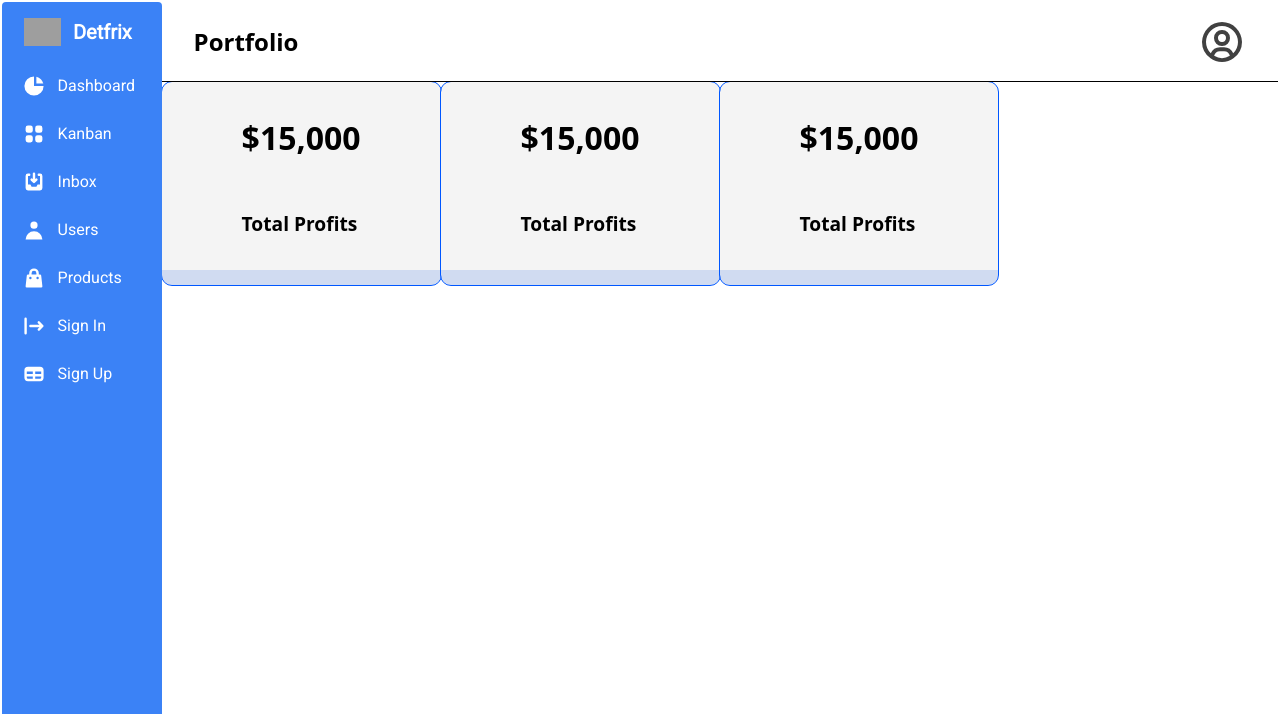
Repository: Elishaokon13/detfrix
Page: /dashboard
These files come from the project's save history. The page is drawn as it stood at one moment and after the next save; the edit follows.
The browser window is 1280 px wide. The pictures show the whole page.
Pictures or frames that could not be fetched are drawn as grey boxes. The project was rebuilt for these pictures with package versions that can differ from the ones it lists, and the page was loaded fresh each time. Also part of the build but not shown: src/pages/SignIn.jsx, src/components/HomeHero.jsx, src/components/Navbar.jsx, src/components/Banner.jsx, src/components/Features.jsx, src/components/Footer.jsx, src/components/Plan.jsx, src/components/Testimonals.jsx and 4 more.

Above is the page before, as saved 2022-10-03 23:26:02.

### src/index.js
import React from "react";
import ReactDOM from "react-dom/client";
import "./index.css";
import "./alpha.css";
import App from "./App";

const root = ReactDOM.createRoot(document.getElementById("root"));
root.render(
   <React.StrictMode>
      <App />
   </React.StrictMode>
);

### src/index.css
@import url('https://fonts.googleapis.com/css2?family=Roboto&display=swap');

@tailwind base;
@tailwind components;
@tailwind utilities;

@layer utilities{
    @font-face {
        font-family: 'grotesk';
        src: url('/public/SpaceGrotesk.ttf');
    }
}

### src/alpha.css
:root {
  --color-primary-blue: #0057ff;
  --color-primary-blue-1: #447be7;
  --color-white: #f4f4f4;
}

.dashboard {
  display: grid;
  grid-template-columns: 10rem 1fr;
  grid-template-rows: 75px 1fr 0px;
  grid-template-areas: "sidenav body";
  height: 99vh;
  margin: 0.1rem;
  overflow: hidden;
}
@media only screen and (max-width: 41.875em) {
  .dashboard {
    grid-template-areas: "body";
    grid-template-columns: 1fr;
    height: 100vh;
    margin: 0px;
  }
}
.dashboard_sidebar {
  grid-area: sidenav;
}
@media only screen and (max-width: 41.875em) {
  .dashboard_sidebar {
    display: none;
  }
}
.dashboard_body {
  grid-area: body;
}
.dashboard_header {
  height: 5rem;
  border-bottom: 1px solid;
}
.dashboard_content {
  height: 88.5vh;
  overflow-x: auto;
}

.portfolio-header {
  height: inherit;
  padding: 2rem;
}
.portfolio-icon {
  height: 3rem;
  width: 3rem;
  fill: rgb(65, 65, 65);
}
.portfolio_box {
  padding: 2rem 5rem;
  border-radius: 10px;
  border: transparent;
  background-color: var(--color-white);
  outline: 1px solid var(--color-primary-blue);
  border-bottom: 15px solid rgba(68, 123, 231, 0.2);
}
.portfolio_box > h3 {
  font-size: 2rem;
  font-weight: 600;
  margin-bottom: 3rem;
}
.portfolio_box > p {
  text-transform: capitalize;
  font-size: 1.2rem;
  font-weight: 600;
}
.portfolio-cards {
  margin: 1rem;
}
@media only screen and (max-width: 57.5em) {
  .portfolio-cards {
    display: grid;
    grid-template-columns: repeat(auto-fit, minmax(15rem, 1fr));
  }
}

/*# sourceMappingURL=alpha.css.map */

### src/App.js
import {BrowserRouter as Router, Routes, Route} from 'react-router-dom';
import Home from './pages/Home'
import NotFound from './pages/NotFound'
import SignIn from './pages/SignIn'
import Dashboard from './pages/Dashboard';

function App() {
  return (
    <div className="App">
    <Router>
        <Routes>
          <Route path="/" element={<Home />} />
          <Route path="/signin" element={<SignIn />} />
          <Route path="/dashboard" element={<Dashboard />} />
          <Route path="*" element={<NotFound />} />
        </Routes>
    </Router>

    </div>
  );
}

export default App;

### src/pages/Dashboard.jsx
import React from "react";
import DashboardLayout from "../organism/layout/DashboardLayout";
import PortfolioBox from "../organism/sections/PortfolioBoxSection";
import Portfolio from "../portfolio/Portfolio";

export default function Dashboard() {
   return (
      <DashboardLayout>
         <PortfolioBox />
      </DashboardLayout>
   );
}

### src/organism/layout/DashboardLayout/index.js
import {DashboardLayout} from "./dashboardLayout";
export default DashboardLayout;

### src/organism/sections/PortfolioBoxSection/index.js
import {PortfolioBox} from "./portfolioBox"
export default PortfolioBox;

### src/organism/layout/DashboardLayout/dashboardLayout.jsx
import Sidebar from "../../../components/Sidebar";
import Header from "../../base/dashboardHeader";

export const DashboardLayout = ({ children }) => {
   return (
      <section className="dashboard">
         <div className="dashboard_sidebar">
            <Sidebar />
         </div>
         <div className="dashboard_body">
            <header className="dashboard_header">
               <Header />
            </header>
            <main className="dashboard_content">{children}</main>
         </div>
      </section>
   );
};

### src/organism/sections/PortfolioBoxSection/portfolioBox.jsx
import Box from "../../base/PortfolioBox";

export const PortfolioBox = () => {
   return (
      <div className="flex items-center po">
         {Array(3)
            .fill()
            .map((el, i) => (
               <Box />
            ))}
      </div>
   );
};

### src/components/Sidebar.jsx
import { BsArrowLeftShort } from 'react-icons/bs';
import { useState } from 'react';

const Sidebar = () => {
   const [open, setOpen] = useState(true);

   return (

      <aside class='w-20  md:w-40' aria-label="Sidebar">
         <div class='overflow-y-auto py-4 px-3  h-screen font-[roboto] bg-blue-500 rounded dark:bg-white-800'>

            <a href="https://flowbite.com/" class="flex items-center pl-2.5 mb-5">
               <img src="https://flowbite.com/docs/images/logo.svg" class="mr-3 h-6 sm:h-7" alt="Flowbite Logo" />
               <span class="self-center text-xl hidden md:inline font-semibold whitespace-nowrap text-white">Detfrix</span>
            </a>

            <ul class="space-y-2">
               <li>
                  <a href="#" class="flex items-center p-2 text-base font-normal text-white rounded-lg dark:text-white hover:bg-white-100 dark:hover:bg-white-700">
                     <svg aria-hidden="true" class="w-6 h-6 text-white transition duration-75 text-white-400 group-hover:text-white dark:group-hover:text-white" fill="currentColor" viewBox="0 0 20 20" xmlns="http://www.w3.org/2000/svg"><path d="M2 10a8 8 0 018-8v8h8a8 8 0 11-16 0z"></path><path d="M12 2.252A8.014 8.014 0 0117.748 8H12V2.252z"></path></svg>
                     <span class="ml-3 hidden md:inline">Dashboard</span>
                  </a>
               </li>
               <li>
                  <a href="#" class="flex items-center p-2 text-base font-normal text-white rounded-lg dark:text-white hover:bg-white-100 dark:hover:bg-white-700">
                     <svg aria-hidden="true" class="flex-shrink-0 w-6 h-6 text-white transition duration-75 dark:text-white-400 group-hover:text-white dark:group-hover:text-white" fill="currentColor" viewBox="0 0 20 20" xmlns="http://www.w3.org/2000/svg"><path d="M5 3a2 2 0 00-2 2v2a2 2 0 002 2h2a2 2 0 002-2V5a2 2 0 00-2-2H5zM5 11a2 2 0 00-2 2v2a2 2 0 002 2h2a2 2 0 002-2v-2a2 2 0 00-2-2H5zM11 5a2 2 0 012-2h2a2 2 0 012 2v2a2 2 0 01-2 2h-2a2 2 0 01-2-2V5zM11 13a2 2 0 012-2h2a2 2 0 012 2v2a2 2 0 01-2 2h-2a2 2 0 01-2-2v-2z"></path></svg>
                     <span class="flex-1 ml-3 hidden md:inline whitespace-nowrap">Kanban</span>

                  </a>
               </li>
               <li>
                  <a href="#" class="flex items-center p-2 text-base font-normal text-white rounded-lg dark:text-white hover:bg-white-100 dark:hover:bg-white-700">
                     <svg aria-hidden="true" class="flex-shrink-0 w-6 h-6 text-white transition duration-75 dark:text-white-400 group-hover:text-white dark:group-hover:text-white" fill="currentColor" viewBox="0 0 20 20" xmlns="http://www.w3.org/2000/svg"><path d="M8.707 7.293a1 1 0 00-1.414 1.414l2 2a1 1 0 001.414 0l2-2a1 1 0 00-1.414-1.414L11 7.586V3a1 1 0 10-2 0v4.586l-.293-.293z"></path><path d="M3 5a2 2 0 012-2h1a1 1 0 010 2H5v7h2l1 2h4l1-2h2V5h-1a1 1 0 110-2h1a2 2 0 012 2v10a2 2 0 01-2 2H5a2 2 0 01-2-2V5z"></path></svg>
                     <span class="flex-1 ml-3 hidden md:inline whitespace-nowrap">Inbox</span>

                  </a>
               </li>
               <li>
                  <a href="#" class="flex items-center p-2 text-base font-normal text-white rounded-lg dark:text-white hover:bg-white-100 dark:hover:bg-white-700">
                     <svg aria-hidden="true" class="flex-shrink-0 w-6 h-6 text-white transition duration-75 dark:text-white-400 group-hover:text-white dark:group-hover:text-white" fill="currentColor" viewBox="0 0 20 20" xmlns="http://www.w3.org/2000/svg"><path fill-rule="evenodd" d="M10 9a3 3 0 100-6 3 3 0 000 6zm-7 9a7 7 0 1114 0H3z" clip-rule="evenodd"></path></svg>
                     <span class="flex-1 ml-3 hidden md:inline whitespace-nowrap">Users</span>
                  </a>
               </li>
               <li>
                  <a href="#" class="flex items-center p-2 text-base font-normal text-white rounded-lg dark:text-white hover:bg-white-100 dark:hover:bg-white-700">
                     <svg aria-hidden="true" class="flex-shrink-0 w-6 h-6 text-white transition duration-75 dark:text-white-400 group-hover:text-white dark:group-hover:text-white" fill="currentColor" viewBox="0 0 20 20" xmlns="http://www.w3.org/2000/svg"><path fill-rule="evenodd" d="M10 2a4 4 0 00-4 4v1H5a1 1 0 00-.994.89l-1 9A1 1 0 004 18h12a1 1 0 00.994-1.11l-1-9A1 1 0 0015 7h-1V6a4 4 0 00-4-4zm2 5V6a2 2 0 10-4 0v1h4zm-6 3a1 1 0 112 0 1 1 0 01-2 0zm7-1a1 1 0 100 2 1 1 0 000-2z" clip-rule="evenodd"></path></svg>
                     <span class="flex-1 ml-3 hidden md:inline whitespace-nowrap">Products</span>
                  </a>
               </li>
               <li>
                  <a href="#" class="flex items-center p-2 text-base font-normal text-white rounded-lg dark:text-white hover:bg-white-100 dark:hover:bg-white-700">
                     <svg aria-hidden="true" class="flex-shrink-0 w-6 h-6 text-white transition duration-75 dark:text-white-400 group-hover:text-white dark:group-hover:text-white" fill="currentColor" viewBox="0 0 20 20" xmlns="http://www.w3.org/2000/svg"><path fill-rule="evenodd" d="M3 3a1 1 0 00-1 1v12a1 1 0 102 0V4a1 1 0 00-1-1zm10.293 9.293a1 1 0 001.414 1.414l3-3a1 1 0 000-1.414l-3-3a1 1 0 10-1.414 1.414L14.586 9H7a1 1 0 100 2h7.586l-1.293 1.293z" clip-rule="evenodd"></path></svg>
                     <span class="flex-1 ml-3 hidden md:inline whitespace-nowrap">Sign In</span>
                  </a>
               </li>
               <li>
                  <a href="#" class="flex items-center p-2 text-base font-normal text-white rounded-lg dark:text-white hover:bg-white-100 dark:hover:bg-white-700">
                     <svg aria-hidden="true" class="flex-shrink-0 w-6 h-6 text-white transition duration-75 dark:text-white-400 group-hover:text-white dark:group-hover:text-white" fill="currentColor" viewBox="0 0 20 20" xmlns="http://www.w3.org/2000/svg"><path fill-rule="evenodd" d="M5 4a3 3 0 00-3 3v6a3 3 0 003 3h10a3 3 0 003-3V7a3 3 0 00-3-3H5zm-1 9v-1h5v2H5a1 1 0 01-1-1zm7 1h4a1 1 0 001-1v-1h-5v2zm0-4h5V8h-5v2zM9 8H4v2h5V8z" clip-rule="evenodd"></path></svg>
                     <span class="flex-1 ml-3 hidden md:inline whitespace-nowrap">Sign Up</span>
                  </a>
               </li>
            </ul>
         </div>
      </aside>
   )
}

export default Sidebar

### src/organism/base/dashboardHeader/index.js
import { Header } from "./header";
export default Header;

### src/organism/base/PortfolioBox/index.js
import { Box } from "./Box";
export default Box;

### src/organism/base/dashboardHeader/header.jsx
import { BiUserCircle } from "react-icons/bi";
export const Header = () => {
   return (
      <div className="flex items-center justify-between portfolio-header">
         <h2 className="text-2xl font-semibold capitalize">Portfolio</h2>
         <span>
            <BiUserCircle className="portfolio-icon" />
         </span>
      </div>
   );
};

### src/organism/base/PortfolioBox/Box.jsx
import React from "react";

export const Box = ({ amount = "15,000", name = "total profits" }) => {
   return (
      <div className="portfolio_box flex flex-col justify-around">
         <h3>${amount}</h3>
         <p>{name}</p>
      </div>
   );
};

### tailwind.config.js
/** @type {import('tailwindcss').Config} */
module.exports = {
  content: [
    "./src/**/*.{js,jsx,ts,tsx}",
  ],
  theme: {
    fontFamily:{
      'roboto': ['roboto', 'sans-serif'],
      'syne': ['syne', 'sans-serif']
    },
    extend: {},
  },
  plugins: [],
}

Loaded but not shown: public/index.html (common file)

After the next save:
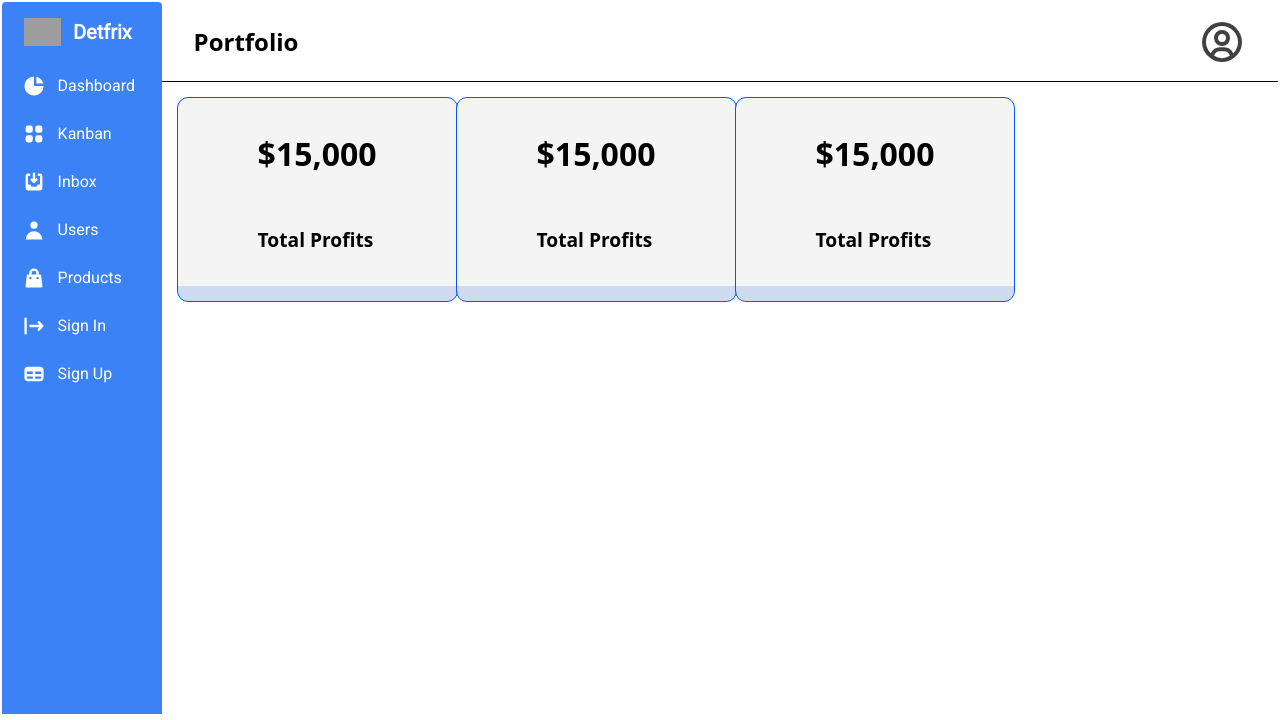
Saved 4 s later.
--- a/src/organism/sections/PortfolioBoxSection/portfolioBox.jsx
+++ b/src/organism/sections/PortfolioBoxSection/portfolioBox.jsx
@@ -2,7 +2,7 @@ import Box from "../../base/PortfolioBox";
 
 export const PortfolioBox = () => {
    return (
-      <div className="flex items-center po">
+      <div className="flex items-center portfolio-cards">
          {Array(3)
             .fill()
             .map((el, i) => (
